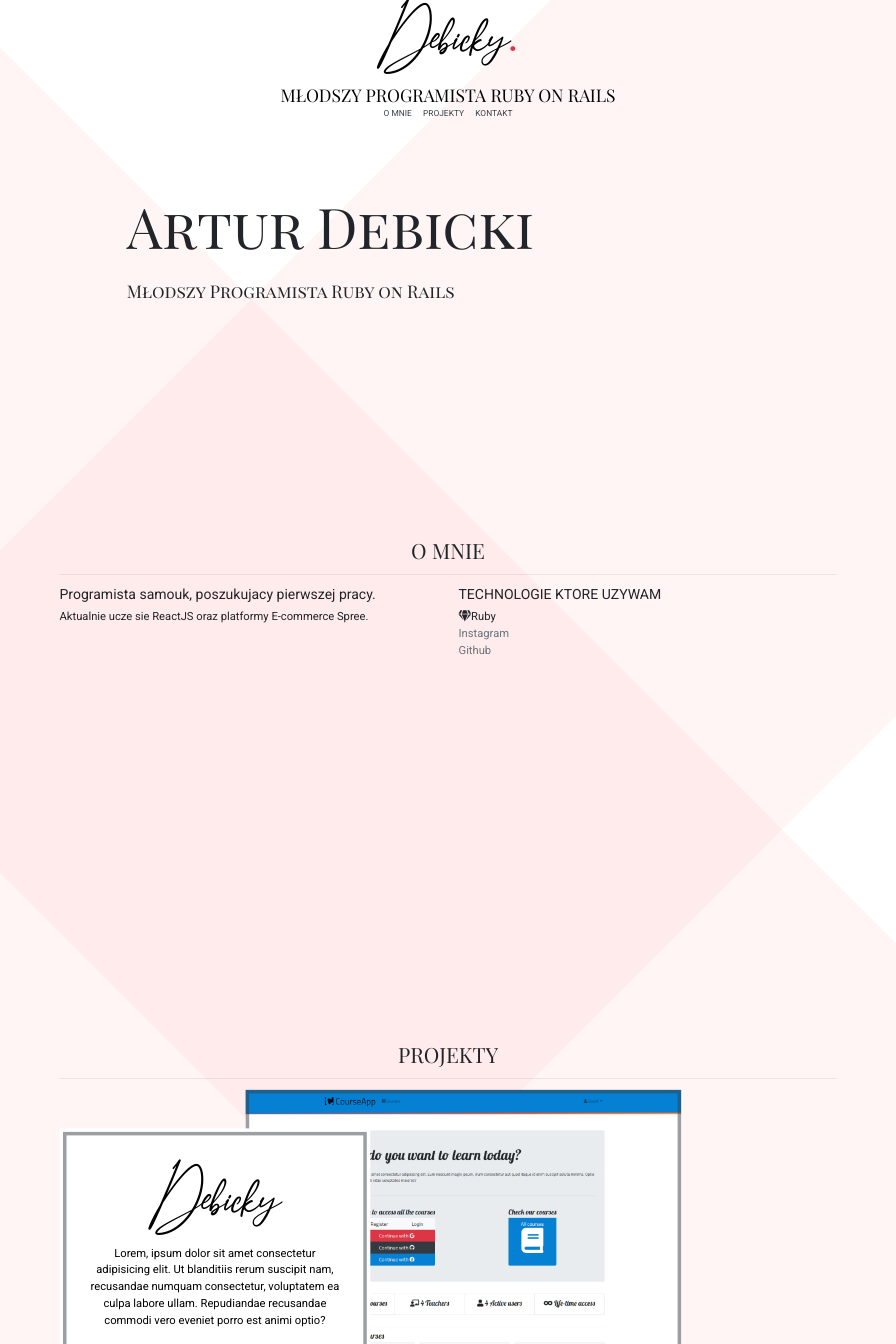
Repository: debicky/debicky.github.io
Page: index.html
These files come from the project's save history. The page is drawn as it stood at one moment and after the next save; the edit follows.
The browser window is 1280 px wide. The pictures show the part of the page from y = 0 to 1920 px (the page is 4335 px tall), at 70% of full size.
Some web libraries are served in a nearby version.

Above is the page before, as saved 2020-06-12 13:25:48.

After the next save:
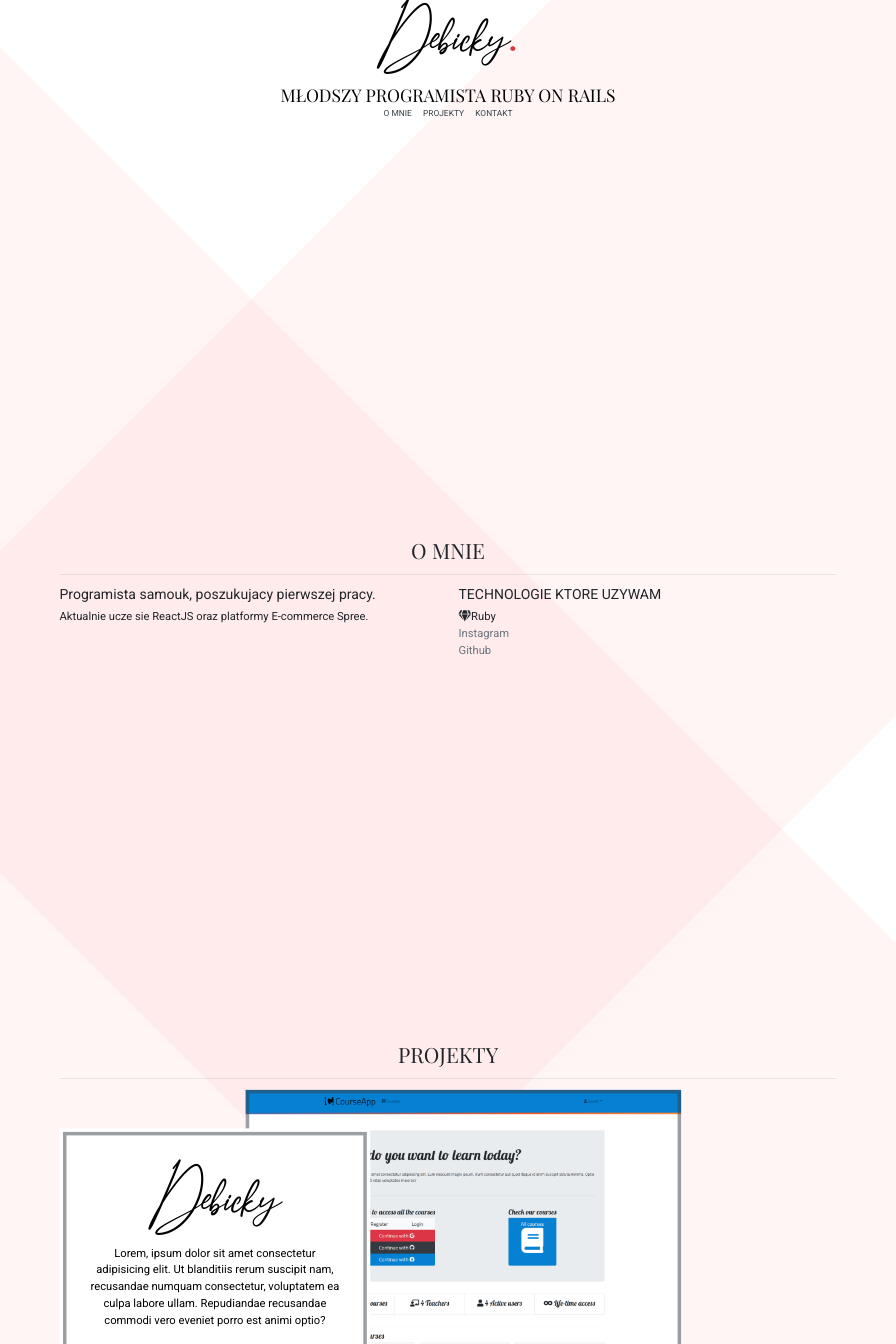
Saved 15 s later.
--- a/index.html
+++ b/index.html
@@ -44,11 +44,7 @@
         </div>
       </nav>
 
-      <div class="hero-header">
-        <h3 class="hero-heading">Artur Debicki</h3>
-        <h3 class="hero-subheading">Młodszy Programista Ruby on Rails</h3>
-
-      </div>
+
 
     </div>
   </div>
